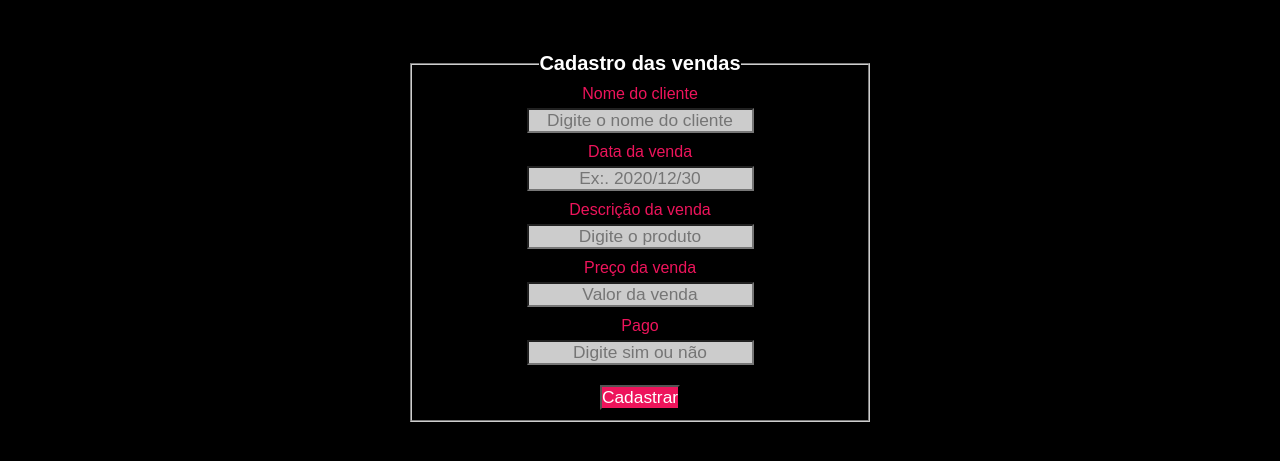
Repository: marceloShibuya/NAC_RestFull
Page: http://localhost/MarceloShibuya83752Client/
An editor plug-in stored every save of this project. The page is shown before and after the next save, followed by the edit.
The browser window is 1280 px wide. The pictures show the whole page.
The page is served by Tomcat 9. Other server files are loaded and not shown. The template is opened directly, without the code that normally fills it, so the values that code supplies are empty.

Above is the page before, as saved 2020-05-28 15:50:34.

### RestFull/MarceloShibuya83752Client/WebContent/index.jsp
<%@ page language="java" contentType="text/html; charset=UTF-8"
	pageEncoding="UTF-8"%>
<%@ taglib prefix="c" uri="http://java.sun.com/jsp/jstl/core"%>
<%@taglib uri="http://java.sun.com/jsp/jstl/fmt" prefix="fmt"%>


<!DOCTYPE html>
<html>
<head>
<meta charset="UTF-8">
<meta name="viewport" content="width=device-width,initial-scale=1">
<link rel="stylesheet" href="./css/style-base.css" type="text/css">
<title>VENDAS</title>
</head>
<body>
	<div class="main">
		<form class="frm-1" action="${action_frm == null ? 'adicionar' : action_frm}" method="get">
			<fieldset>
				<legend>Cadastro das vendas</legend>
				<input type="hidden" name="txtCodVenda"
					value="${vendaObj.codigo}">
				<div>
					<label for="idNmProd">Nome do cliente</label> <input type="text"
						id="idNmProd" name="txtNomeCliente" required="required"
						placeholder="Digite o nome do cliente"
						value="${vendaObj.nome}">
				</div>
				<div>
					<label for="idDtVenda">Data da venda</label> <input
						type="text" id="idDtVenda" name="txtDtVenda" required="required"
						placeholder="Ex:. 2020/12/30"
						value="${vendaObj.dtVenda.time}">
				</div>
				<div>
					<label for="idQtdProd">Descrição da venda</label> <input
						type="text" id="idQtdProd" name="txtDesc" required="required"
						placeholder="Digite o produto"
						value="${vendaObj.descricao}">
				</div>
				<div>
					<label for="idVlProd">Preço da venda</label> <input type="text"
						id="idVlProd" name="txtVl" required="required"
						placeholder="Valor da venda"
						value="${vendaObj.valor}">
				</div>
				<div>
					<label for="idStatus">Pago</label> <input type="text"
						id="idStatus" name="txtSituacaoPag" required="required"
						placeholder="Digite sim ou não"
						value="${vendaObj.status}">
				</div>
				<div>
					<input class="cadastrar" type="submit" value="Cadastrar">
				</div>
			</fieldset>
		</form>
	</div>

	<c:if test="${controle != null}">
		<table>
			<tr>
				<th>CLIENTE</th>
				<th>DATA</th>
				<th>DESCRIÇÃO</th>
				<th>VALOR</th>
				<th>PAGO</th>
				<th colspan="2">OPÇÕES</th>

			</tr>
			<c:forEach var="v" items="${listaVendas}" varStatus="id">
				<tr>
					<td>${v.nome}</td>
					<td><fmt:formatDate pattern="yyyy/MM/dd" value="${v.dtVenda.time}"/></td>
					<td>${v.descricao}</td>
					<td>R$ ${v.valor}0</td>
					<td>${v.status}</td>
					<td class="edit-td"><a href="listar?codProd=${v.codigo}"><img
							src="./img/lupa.png"></a></td>
					<td class="edit-td"><a href="remover?codProd=${v.codigo}"><img
							src="./img/apagar.png"></a></td>
				</tr>
			</c:forEach>

		</table>
	</c:if>

</body>
</html>

### RestFull/MarceloShibuya83752Client/WebContent/css/style-base.css
@charset "UTF-8";

@import
	url('https://fonts.googleapis.com/css2?family=Lato:wght@300&display=swap')
	;

* {
	margin:  0;
	padding: 0;
	box-sizing: border-box;
}

body {
	font-family: 'Lato', sans-serif;
	font-size: 16px;
	padding: 2em;
	background: #000000;
}

h1, h2, h3 {
	margin: 20px 10px;
}

img {
	width: 10%;
}

table {
	margin: auto;
	border-collapse: collapse;
	border: solid 2px #000040;
	padding: 1em;
	width: 100%;
	text-align: center;
	background-color: #fff;
}

table th, td {
	border: solid 2px #000040;
	align-items: center;
}

table th{
	background-color: #ed145b;
	color: #fff;
	padding: 10px;
}

table td{
	font-weight: bold;
	padding: 5px;
}

.edit-td {
	padding-left: 4%;
	width: 15%;
	text-align: center;
}

.main{
	text-align:center;
}

form {
	width: 500px;
	margin: auto;
}

label {
	font-family: sans-serif;
	display: block;
	justify-content: start;
	color: #ed145b;
	margin-bottom: 5px;
}

input, textarea {
	font-family: sans-serif;
	font-weight: normal;
	font-size: 13pt;
	background-color: rgba(255, 255, 255, .8);
	margin-bottom: 10px;
	text-align:center;
}

input:hover, textarea:hover {
	color: #000000;
}

.cadastrar{
	background-color: #ed145b;
	color: #fff;
	margin-top: 10px;
}

legend {
	color: #fff;
	font-weight: bold;
	font-size: 15pt;
	font-family: sans-serif;
	margin-bottom: 10px;
}

fieldset {
	border-color: #cecece;
	margin: 20px;
}

After the next save:
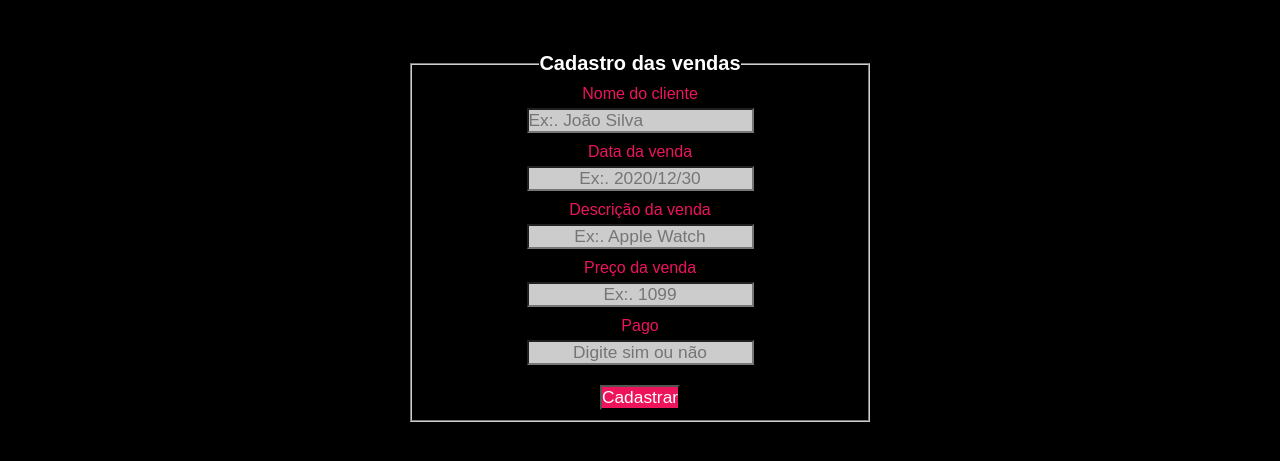
Saved 40 min 22 s later.
--- a/RestFull/MarceloShibuya83752Client/WebContent/index.jsp
+++ b/RestFull/MarceloShibuya83752Client/WebContent/index.jsp
@@ -22,7 +22,7 @@
 				<div>
 					<label for="idNmProd">Nome do cliente</label> <input type="text"
 						id="idNmProd" name="txtNomeCliente" required="required"
-						placeholder="Digite o nome do cliente"
+						placeholder="Ex:. João Silva
 						value="${vendaObj.nome}">
 				</div>
 				<div>
@@ -34,13 +34,13 @@
 				<div>
 					<label for="idQtdProd">Descrição da venda</label> <input
 						type="text" id="idQtdProd" name="txtDesc" required="required"
-						placeholder="Digite o produto"
+						placeholder="Ex:. Apple Watch"
 						value="${vendaObj.descricao}">
 				</div>
 				<div>
 					<label for="idVlProd">Preço da venda</label> <input type="text"
 						id="idVlProd" name="txtVl" required="required"
-						placeholder="Valor da venda"
+						placeholder="Ex:. 1099"
 						value="${vendaObj.valor}">
 				</div>
 				<div>
